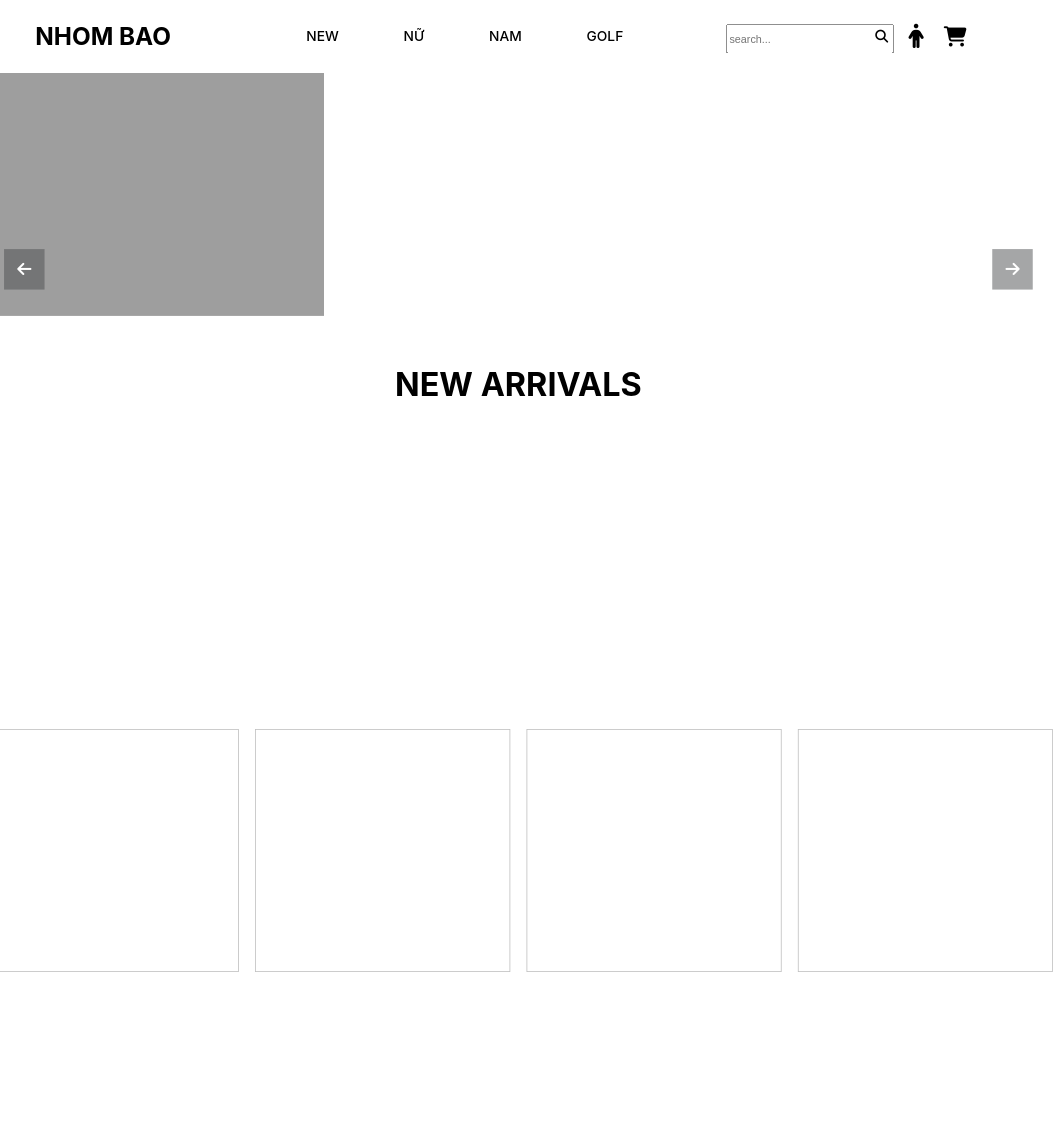
Repository: 0584386177/CuoiKiReactJs
Page: /
An editor plug-in stored every save of this project. The page is shown before and after the next save, followed by the edit.
The browser window is 1280 px wide. The page is 1310 px wide, then 1280 px, then 1310 px, so the pictures cover 1310 px, including what lies to the right of the window. The pictures show the whole page, at 81% of full size.
Pictures or frames that could not be fetched are drawn as grey boxes. The page's requests for data from a server got no answer. The project was rebuilt for these pictures with package versions that can differ from the ones it lists, and the page was loaded fresh each time. No one was signed in, and anything a server would have sent is missing. Also part of the build but not shown: src/components/Men/Men.jsx, src/components/Women/Women.jsx.

Above is the page before, as saved 2023-11-10 23:23:44.

### src/App.js
import React from 'react';
import Page from './components/Page/Page';
import { Route,Routes } from 'react-router-dom';
import Men from './components/Men/Men';
import Women from './components/Women/Women';

const App = () => {
  return (
    <div>
      <Routes>
        <Route path='/' element = {<Page></Page>}></Route>
        <Route path='/women' element = {<Women></Women>}></Route>
        <Route path='/men' element={<Men></Men>}></Route>
      </Routes>
    </div>
  );
};

export default App;

### src/components/Page/Page.jsx
import React from 'react';
import Header from './Header';
import styled from 'styled-components';
import Slider from './Slider';
import NewArrivals from './NewArrivals';
const PageWrapper = styled.div`
    width: 100%;
    height: 100vh;
    max-width:1980px;
    margin: 0 auto;

`
const Page = () => {
    return (
        <PageWrapper>
        <Header/>
        <Slider/>
        <NewArrivals/>
        </PageWrapper>
    );
};

export default Page;

### src/components/Page/Header.jsx
import React from "react";
import styled from "styled-components";

const HeaderWrapper = styled.div`
  width: 100%;
  height: 90px;
  display: flex;
  justify-content: space-around;
  align-items: center;
`;
const HeaderLogo = styled.div`
  font-size: 15px;
`;
const HeaderMenu = styled.div`
  ul {
    display: flex;
    list-style: none;

    li {
      padding: 10px 20px;

      a {
        display: block;
        padding: 10px 20px;
        text-decoration: none;
        color: #000;
        font-weight: 500;
        font-size: 17px;
        position: relative;
      }
      a::before {
        content: "";
        position: absolute;
        left: 0;
        bottom: 0;
        height: 2px;
        background: #000000;
        transition: all 0.3s ease;
      }
      a:hover::before {
        width: 100%;
        animation: fluent 0.5s forwards;
      }
    }

    @keyframes fluent {
      0% {
        width: 0px;
      }
      100% {
        width: 100%;
      }
    }
  }
`;
const HeaderFeatures = styled.div`
  display: flex;
  align-items: center;
  width: 340px;
  height: 100%;
`;
const HeaderSearch = styled.div`
  width: 200px;
  height: 30px;
  position: relative;

  input {
    width: 200px;
    height: 30px;
  }
  i {
    position: absolute;
    right: 0;
    top: 50%;
    transform: translateY(-50%);
  }
`;
const HeaderAccount = styled.div`
  margin: 0px 25px;
  font-size: 30px;
`;
const HeaderCart = styled.div`
    font-size: 25px;
`;

const Header = () => {
  return (
    <HeaderWrapper>
      <HeaderLogo>
        <h1>NHOM BAO</h1>
      </HeaderLogo>
      <HeaderMenu>
        <ul>
          <li>
            <a href="#">NEW</a>
          </li>
          <li>
            <a href="#">NỮ</a>
          </li>
          <li>
            <a href="#">NAM</a>
          </li>
          <li>
            <a href="#">GOLF</a>
          </li>
        </ul>
      </HeaderMenu>
      <HeaderFeatures>
        <HeaderSearch className="search">
          <input type="text" placeholder="search..."></input>
          <i class="fa-solid fa-magnifying-glass"></i>
        </HeaderSearch>
        <HeaderAccount className="account">
          <i class="fa-solid fa-person"></i>
        </HeaderAccount>
        <HeaderCart className="cart">
          <i class="fa-solid fa-cart-shopping"></i>
        </HeaderCart>
      </HeaderFeatures>
    </HeaderWrapper>
  );
};

export default Header;

### src/components/Page/Slider.jsx
import React, { useState } from "react";
import styled from "styled-components";

const SliderWrapper = styled.div`
  width: 100%;
  height :800px;
  position: relative;
`;
const SliderButton = styled.div`
  width: 100%;
  position: absolute;
  top: 29%;
  left: 0;
  transform: translateY(-29%);
  display: flex;
  justify-content: space-between;
  align-items: center;
`;
const SliderNext = styled.button`
  width: 50px;
  height: 50px;
  color: white;
  background-color: rgba(76, 78, 80, 0.5);
  outline: none;
  border: none;
  margin-right: 5px;
  font-size: 20px;
  cursor: pointer;
`;
const SliderPre = styled.button`
  width: 50px;
  height: 50px;
  color: white;
  background-color: rgba(76, 78, 80, 0.5);
  outline: none;
  border: none;
  margin-left: 5px;
  font-size: 20px;
  cursor: pointer;
`;
const ArrivalsTitle = styled.div`
  position: relative;

  h1{
    position:absolute;
    top: 50%;
    left: 50%;
    transform: translate(-50%,-50%);
    margin: 5rem 0px;
    font-size: 40px;
  }
`
const Slider = () => {
  const arrayImage = [
    "https://file.hstatic.net/1000143422/file/desktop_banner_slider_1920x600_2link_ult-trn_4b3327ceb7184530ae9783ad00500c46.jpg",
    "https://file.hstatic.net/1000143422/file/desktop_banner_slider_1920x600_2link_street_9e990a78d04646e3ae0fe35feb29b499.jpg",
    "https://file.hstatic.net/1000143422/file/hero-desk_c4-w-1920x720_0cadeff9488b4baab4c417601e60ba7a.jpg",
    "https://file.hstatic.net/1000143422/file/ec-desktop_banner_1920x600px_062fbb7c60db49ada98de87f9f03862c.png",
    "https://file.hstatic.net/1000143422/file/desktop_banner_slider_1920x600_2link_soft_dd3b9719fd3e4818bb108c020a9af7a2.jpg",
  ];

  const [ImageIndexCurrent, setImageIndexCurrent] = useState(0);
  const handleClickNext = () => {
    setImageIndexCurrent(ImageIndexCurrent + 1);
    if (ImageIndexCurrent === 4) setImageIndexCurrent(0);
  };
  const handleClickPre = () => {
    setImageIndexCurrent(ImageIndexCurrent - 1);
    if (ImageIndexCurrent === 0) setImageIndexCurrent(4);
  };
  return (
    <SliderWrapper>
      <div className="image">
        <img src={arrayImage[ImageIndexCurrent]} alt=""></img>
      </div>
      <SliderButton>
        <SliderPre onClick={handleClickPre}>
          <i class="fa-solid fa-arrow-left"></i>
        </SliderPre>
        <SliderNext onClick={handleClickNext}>
          <i class="fa-solid fa-arrow-right"></i>
        </SliderNext>
      </SliderButton>
      <ArrivalsTitle>
        <h1>NEW ARRIVALS</h1>
      </ArrivalsTitle>

    </SliderWrapper>
  );
};

export default Slider;

### src/components/Page/NewArrivals.jsx
import React, { useEffect, useState } from "react";
import styled from "styled-components";

const ArrivalsWrapper = styled.div`
  width: 100%;
  height: 500px;
  display: flex;
  justify-content: center;
`;
// const ArrivalsTitle = styled.h1`
//   padding: 20px 0px;
// `;
const ArrivalsItems = styled.div`
  display: flex;
`;

const ArrivalsItem = styled.div`
  width: 315px;
  height: 405px;
  padding: 10px 10px;
  display: flex;
  flex-direction: column;
  align-items: center;
`;
const ItemImg = styled.img`
  width: 100%;
  height: 300px;
  object-fit: cover;
  flex-shrink: 0;
`;
const api = "http://localhost:3000/products";
const NewArrivals = () => {
  const [products, setProducts] = useState([null]);
  console.log(products);
  useEffect(() => {
    const fetchData = async () => {
      const response = await fetch(api);
      const data = await response.json();
      return setProducts(data);
    };
    fetchData();
  }, []);
  return (
    <ArrivalsWrapper>
      {/* <ArrivalsTitle>NEW ARRIVALS</ArrivalsTitle> */}

      <ArrivalsItems>
        {Array(4)
          .fill(null)
          .map((item, index) => {
            return (
              <ArrivalsItem>
                <ItemImg src={item?.image} alt="" key={index} />
                <h4>{item?.name}</h4>
              </ArrivalsItem>
            );
          })}

      </ArrivalsItems>
    </ArrivalsWrapper>
  );
};

export default NewArrivals;

Loaded but not shown: public/index.html (common file); src/index.js (common file); src/index.css (common file); src/reportWebVitals.js (common file)

After the next save:
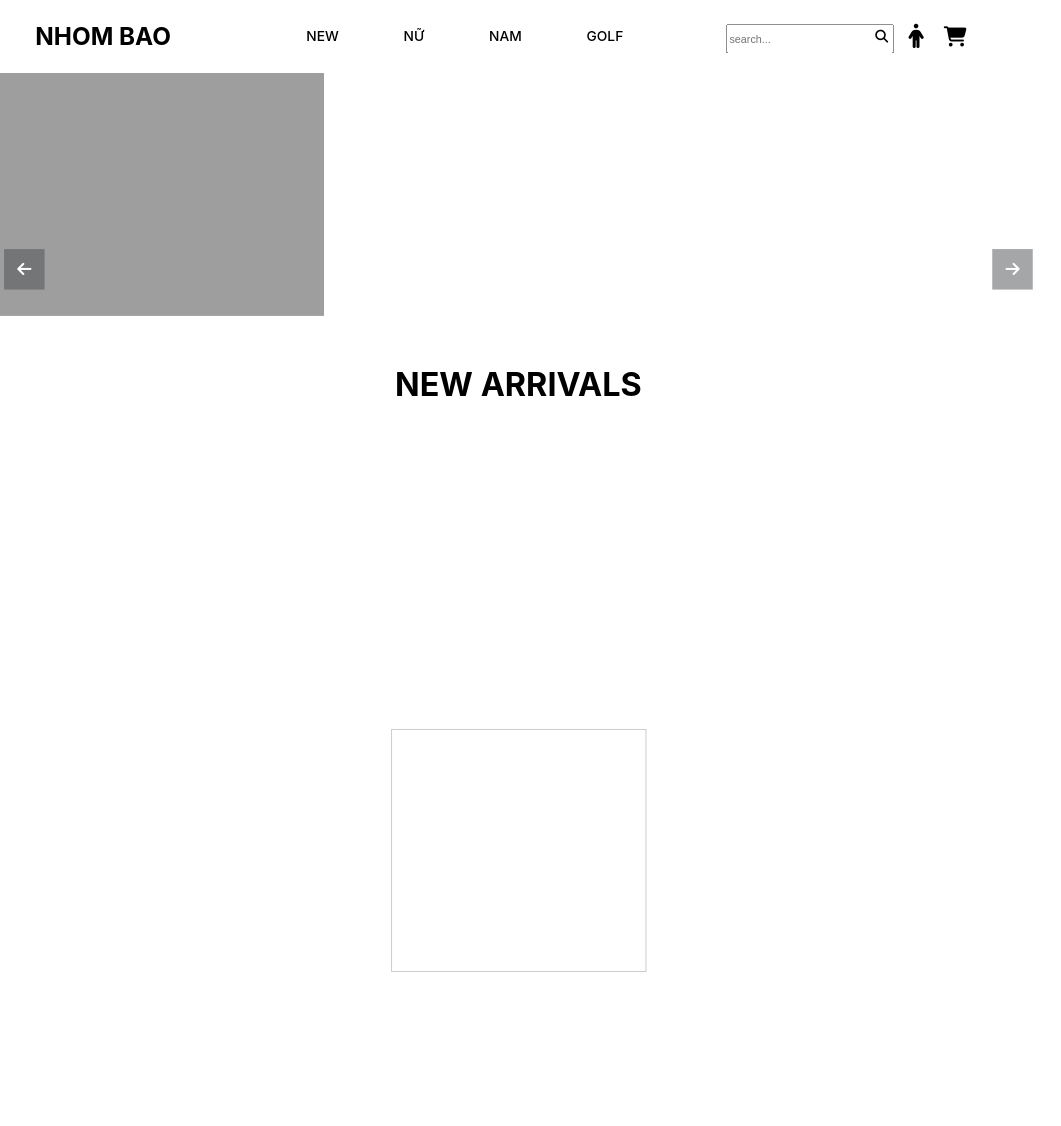
Saved 91 s later.
--- a/src/components/Page/NewArrivals.jsx
+++ b/src/components/Page/NewArrivals.jsx
@@ -45,18 +45,16 @@
       {/* <ArrivalsTitle>NEW ARRIVALS</ArrivalsTitle> */}
 
       <ArrivalsItems>
-        {Array(4)
-          .fill(null)
-          .map((item, index) => {
-            return (
-              <ArrivalsItem>
-                <ItemImg src={item?.image} alt="" key={index} />
-                <h4>{item?.name}</h4>
-              </ArrivalsItem>
-            );
-          })}
+  {products.slice(0, 4).map((item, index) => {
+    return (
+      <ArrivalsItem key={index}>
+        <ItemImg src={item?.image} alt="" />
+        <h4>{item?.name}</h4>
+      </ArrivalsItem>
+    );
+  })}
+</ArrivalsItems>
 
-      </ArrivalsItems>
     </ArrivalsWrapper>
   );
 };

After the save that followed:
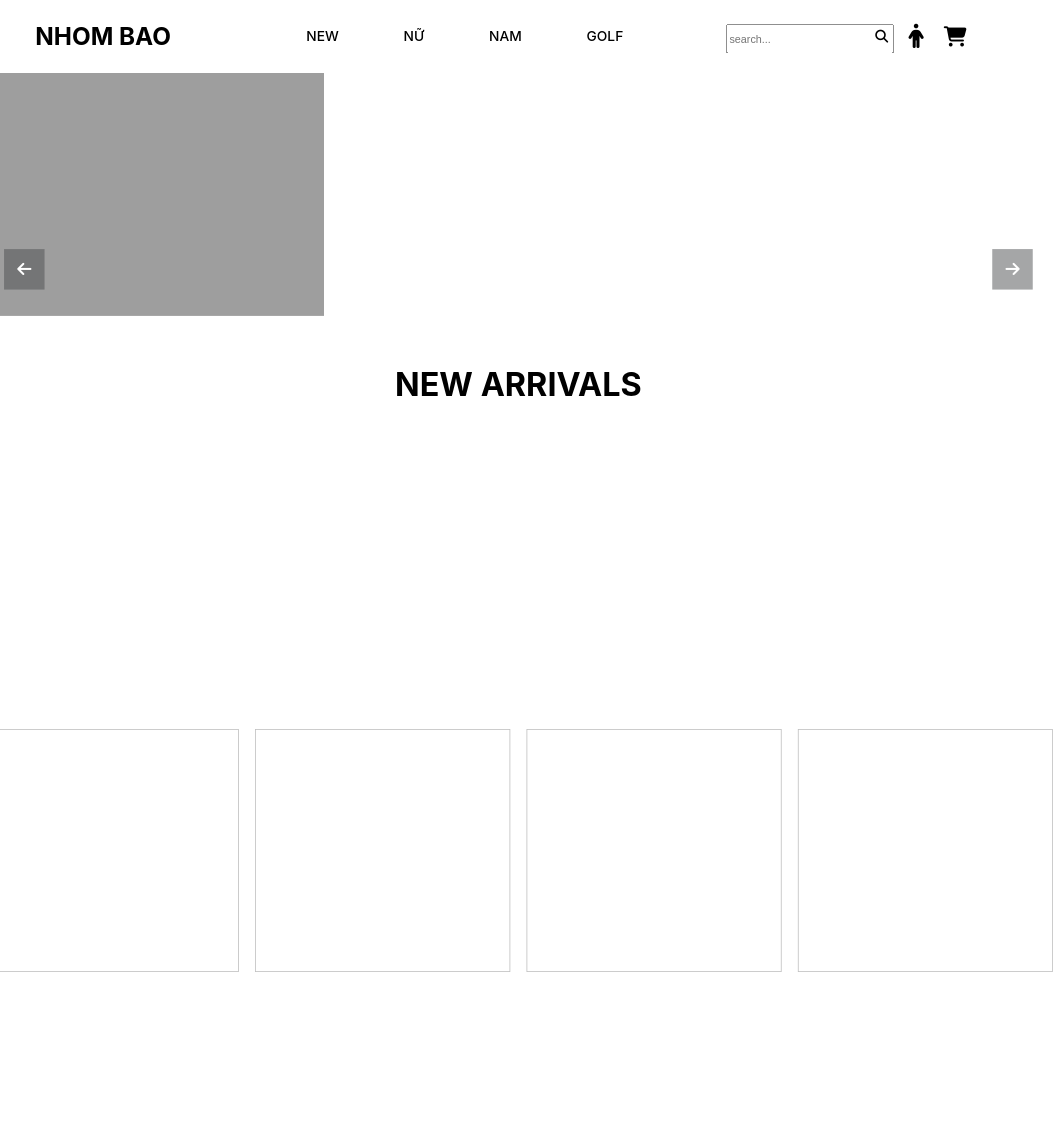
Saved 5 s later.
--- a/src/components/Page/NewArrivals.jsx
+++ b/src/components/Page/NewArrivals.jsx
@@ -45,16 +45,18 @@
       {/* <ArrivalsTitle>NEW ARRIVALS</ArrivalsTitle> */}
 
       <ArrivalsItems>
-  {products.slice(0, 4).map((item, index) => {
-    return (
-      <ArrivalsItem key={index}>
-        <ItemImg src={item?.image} alt="" />
-        <h4>{item?.name}</h4>
-      </ArrivalsItem>
-    );
-  })}
-</ArrivalsItems>
+        {Array(4)
+          .fill(null)
+          .map((item, index) => {
+            return (
+              <ArrivalsItem>
+                <ItemImg src={item?.image} alt="" key={index} />
+                <h4>{item?.name}</h4>
+              </ArrivalsItem>
+            );
+          })}
 
+      </ArrivalsItems>
     </ArrivalsWrapper>
   );
 };
